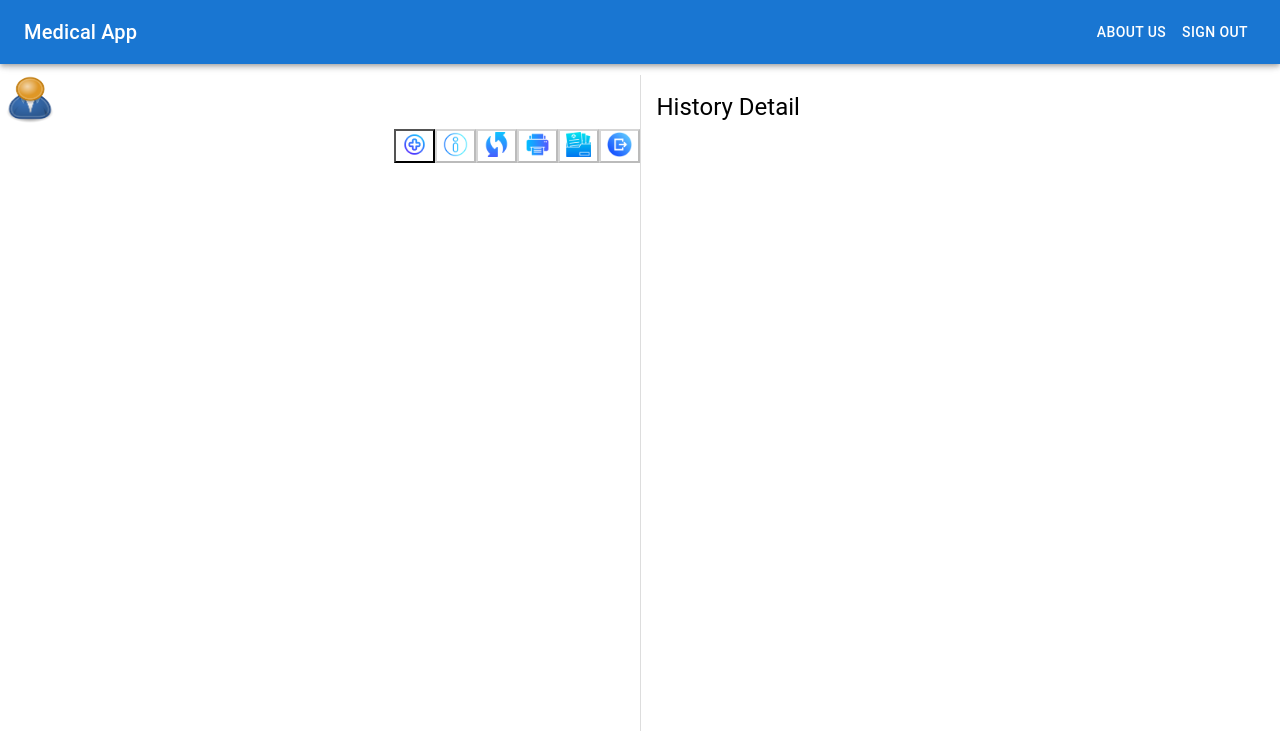
Repository: sshaiv/demo_project
Page: /
The author's editor kept a copy of each file at every save. The page is drawn from the files as they stood at one save, then again after the next save.
The browser window is 1280 px wide. The pictures show the whole page.
The project was rebuilt for these pictures with package versions that can differ from the ones it lists, and the page was loaded fresh each time.

Above is the page before, as saved 2024-08-12 20:41:29.

After the next save:
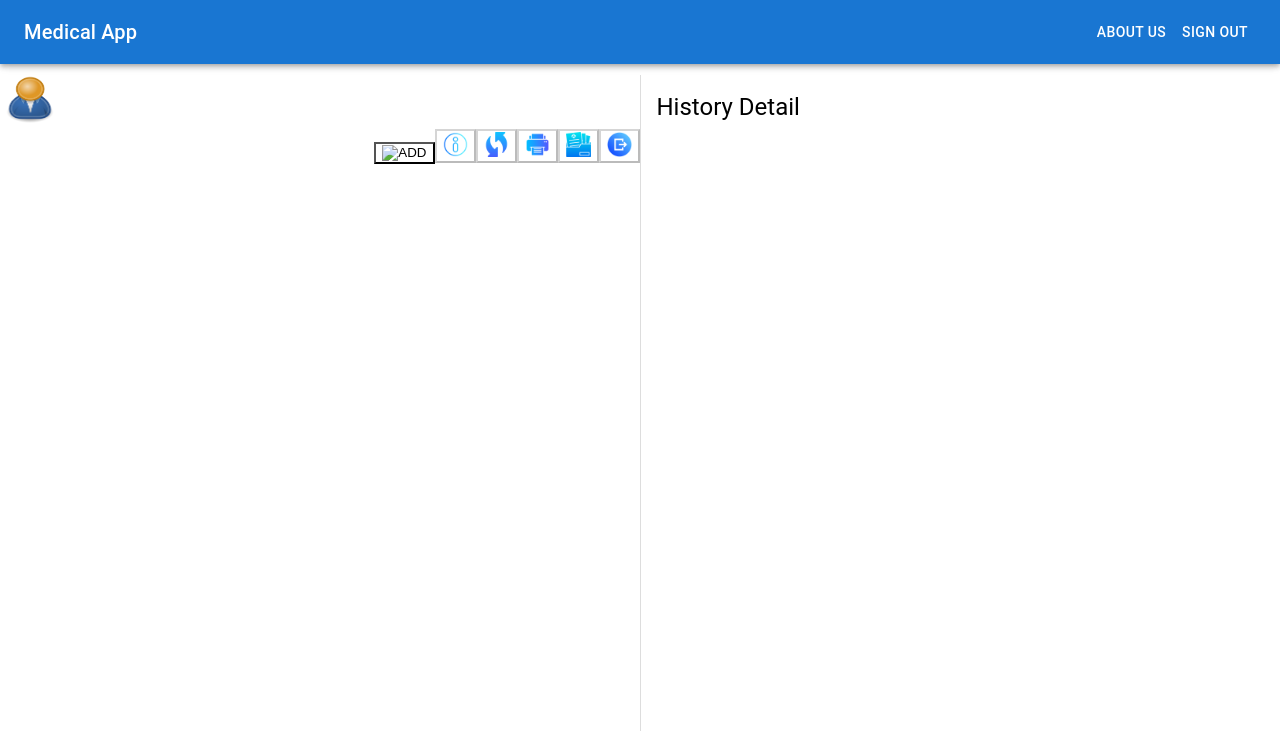
Saved 9 s later.
--- a/src/components/NursingHeader.js
+++ b/src/components/NursingHeader.js
@@ -37,7 +37,7 @@
           <Button
             id="btnPatAdd"
             // imgSrc="../assets/addpatients.png"
-             imgSrc="../assets/addpatients.png"
+             imgSrc="/"
             // onClick={() => DocumentPatientFile(1)}
             title="ADD"
           />

After the save that followed:
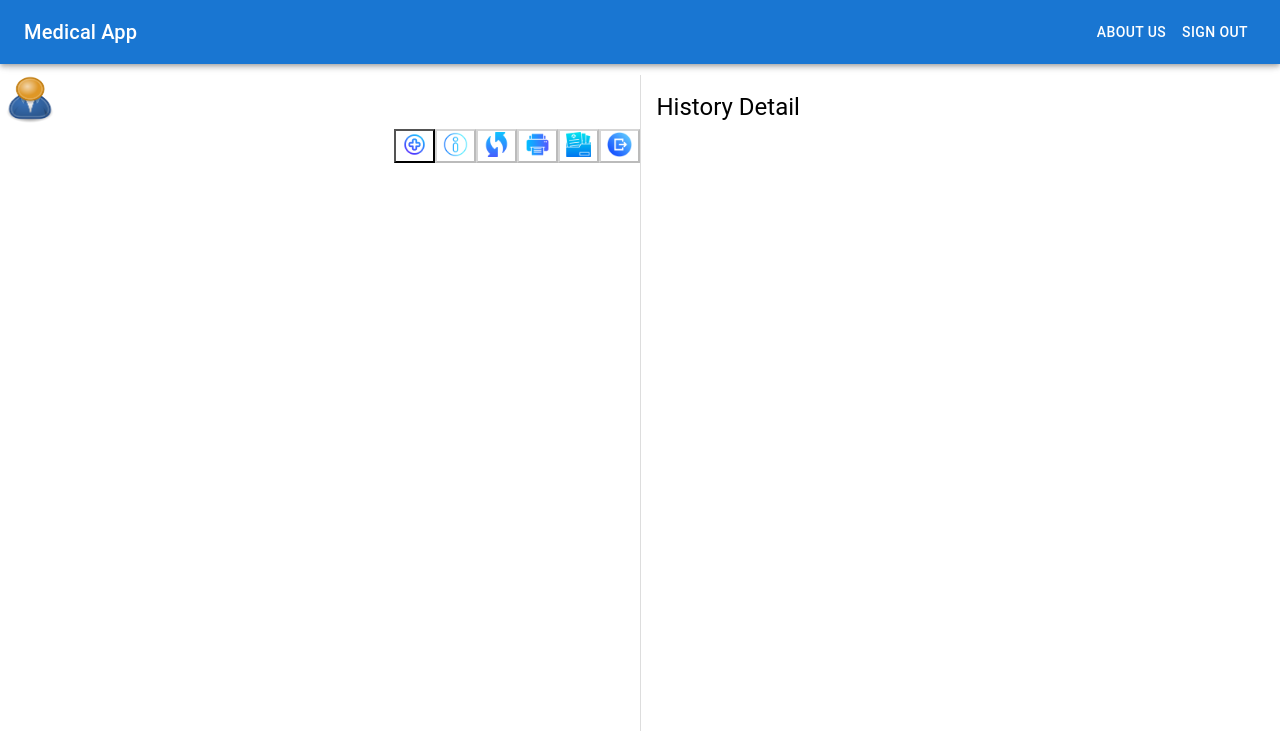
Saved 5 s later.
--- a/src/components/NursingHeader.js
+++ b/src/components/NursingHeader.js
@@ -37,7 +37,7 @@
           <Button
             id="btnPatAdd"
             // imgSrc="../assets/addpatients.png"
-             imgSrc="/"
+             imgSrc="/public/assets/addpatients.png"
             // onClick={() => DocumentPatientFile(1)}
             title="ADD"
           />
